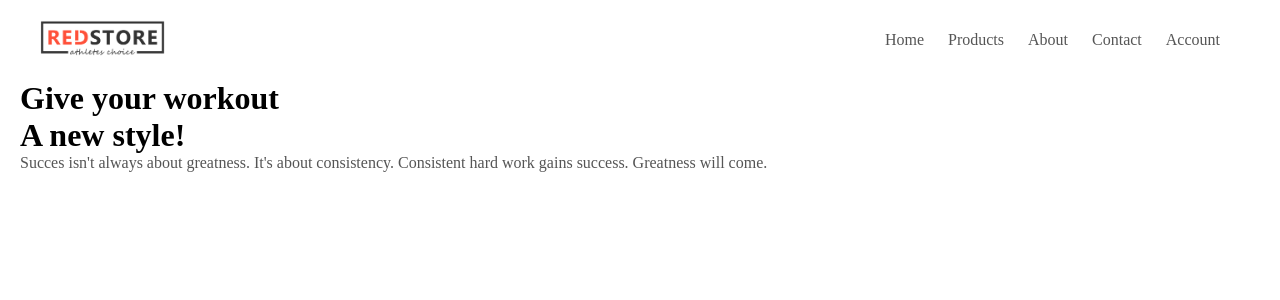
Repository: datvu1608/redsportstore
Page: index.html
An editor plug-in stored every save of this project. The page is shown before and after the next save, followed by the edit.
The browser window is 1280 px wide. The pictures show the whole page.

Above is the page before, as saved 2023-11-21 14:36:16.

### index.html
<!DOCTYPE html>
<html lang="en">
  <head>
    <meta charset="UTF-8" />
    <meta name="viewport" content="width=device-width, initial-scale=1.0" />
    <title>Restore | Ecommerce Website Design</title>
    <link rel="stylesheet" href="./styles.css" />
  </head>
  <body>
    <div class="container">
      <div class="navbar">
        <div class="logo">
          <img src="./images/logo.png" alt="" width="125px" />
        </div>
        <nav>
          <ul>
            <li>
              <a href="#">Home</a>
            </li>
            <li>
              <a href="#">Products</a>
            </li>
            <li>
              <a href="#">About</a>
            </li>
            <li>
              <a href="#">Contact</a>
            </li>
            <li>
              <a href="#">Account</a>
            </li>
          </ul>
        </nav>
      </div>
      <div class="row">
        <div class="col-2">
          <h1>Give your workout <br />A new style!</h1>
          <p>
            Succes isn't always about greatness. It's about consistency.
            Consistent hard work gains success. Greatness will come.
          </p>
        </div>
        <div class="col-2"></div>
      </div>
    </div>
  </body>
</html>

### styles.css
* {
  margin: 0;
  padding: 0;
  box-sizing: border-box;
}
.navbar {
  display: flex;
  align-items: center;
  padding: 20px;
}
nav {
  flex: 1;
  text-align: right;
}
nav ul {
  display: inline-block;
  list-style-type: none;
}
nav ul li {
  display: inline-block;
  margin-right: 20px;
}
nav ul li a {
  text-decoration: none;
  color: #555;
}

p {
  color: #555;
}
.container {
  max-width: 1300px;
  margin: auto;
  padding-left: 20px;
  padding-right: 20px;
}

After the next save:
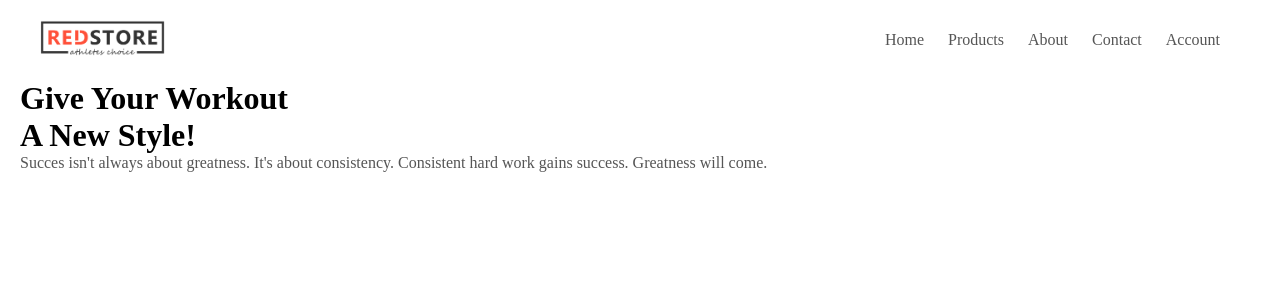
Saved 14 s later.
--- a/index.html
+++ b/index.html
@@ -34,7 +34,7 @@
       </div>
       <div class="row">
         <div class="col-2">
-          <h1>Give your workout <br />A new style!</h1>
+          <h1>Give Your Workout <br />A New Style!</h1>
           <p>
             Succes isn't always about greatness. It's about consistency.
             Consistent hard work gains success. Greatness will come.
